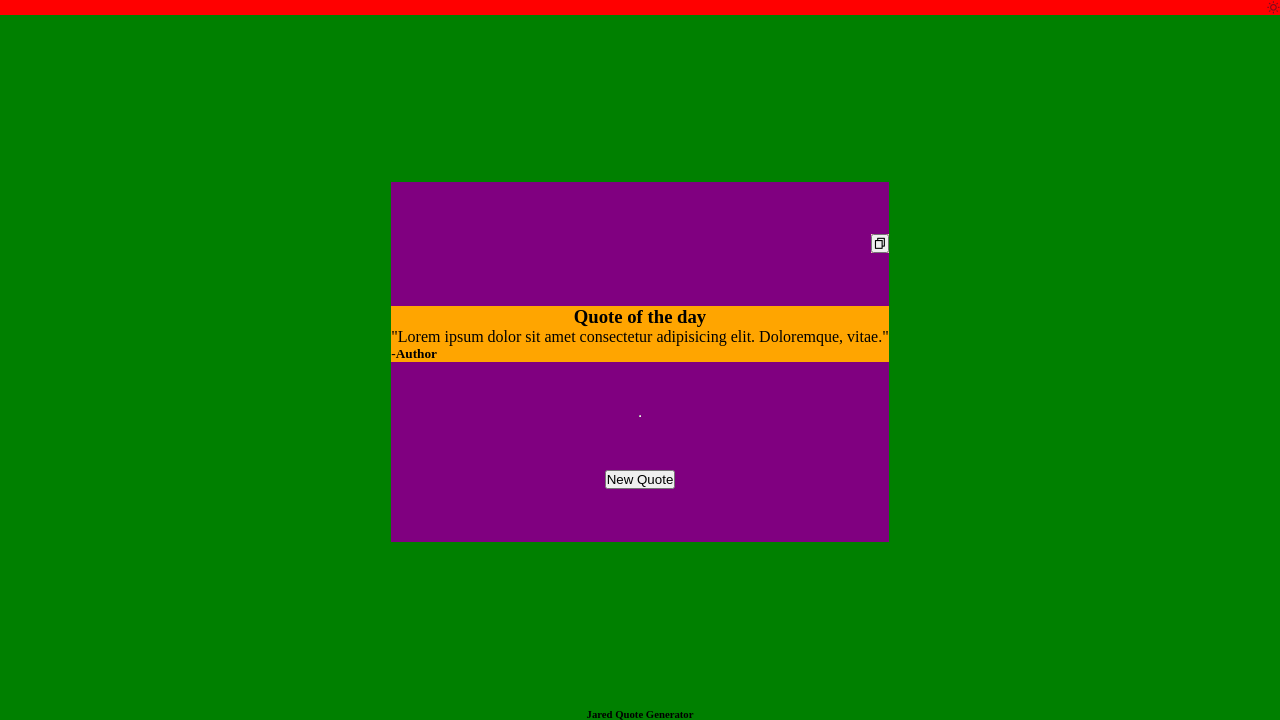
Repository: EguJaredoBoyd/Jared-Quote-Generator
Page: html/main.html
These files come from the project's save history. The page is drawn as it stood at one moment and after the next save; the edit follows.
The browser window is 1280 px wide. The pictures show the whole page.
Some web libraries are served in a nearby version.

Above is the page before, as saved 2026-01-09 00:52:14.

### html/main.html
<!DOCTYPE html>
<html lang="en">
  <head>
    <meta charset="UTF-8" />
    <meta name="viewport" content="width=device-width, initial-scale=1.0" />
    <link rel="stylesheet" href="../css/style.css" />
    <script src="../js/main.js" defer></script>
    <link
      href="https://cdn.jsdelivr.net/npm/remixicon@4.8.0/fonts/remixicon.css"
      rel="stylesheet"
    />
    <title>Document</title>
  </head>
  <body>
    <div class="container">
      <header>
        <button><i class="ri-sun-line"></i></button>
      </header>
      <main>
        <div class="quote-container">
          <div class="quote-container__copy">
            <button><i class="ri-file-copy-line"></i></button>
          </div>
          <div class="quote-container__quotes">
            <h3>Quote of the day</h3>
            <p>
              "Lorem ipsum dolor sit amet consectetur adipisicing elit.
              Doloremque, vitae."
            </p>
            <div>
              <h5>-Author</h5>
            </div>
          </div>
          <hr />
          <div>
            <button>New Quote</button>
          </div>
        </div>
      </main>
      <footer>
        <div>
          <h6>Jared Quote Generator</h6>
        </div>
      </footer>
    </div>
  </body>
</html>

### css/style.css
* {
  margin: 0;
  padding: 0;
  box-sizing: border-box;
}

:root {
  --background-color: #7b0d1e;
  --card-color: #f8e5ee;
  --text-color: black;
  --button-color: var(--background-color);
}

html {
  font-size: 16px;
}

.lighter-theme {
  --background-color: var(--card-color);
  --card-color: var(--background-color);
  --text-color: var(--text-color);
  --button-color: var(--button-color);
}

.container {
  background-color: green;
  height: 100vh;
  display: flex;
  flex-direction: column;
  justify-content: space-between;
  align-items: center;
}

header {
  display: flex;
  justify-content: flex-end;
  background-color: red;
  width: 100%;
}

header button {
  border: none;
  background: none;
  color: var(--button-color);
}

.quote-container {
  background-color: purple;
  display: flex;
  flex-direction: column;
  justify-content: space-evenly;
  align-items: center;
  height: 50vh;
  width: auto;
}

.quote-container__copy {
  align-self: self-end;
  background-color: pink;
}

.quote-container__quotes {
  background-color: orange;
}

.quote-container__quotes h3 {
  text-align: center;
}

.quote-container__quotes p {
  text-justify: center;
}

Loaded but not shown: js/main.js (no copy from this time; the picture is the same without it)

After the next save:
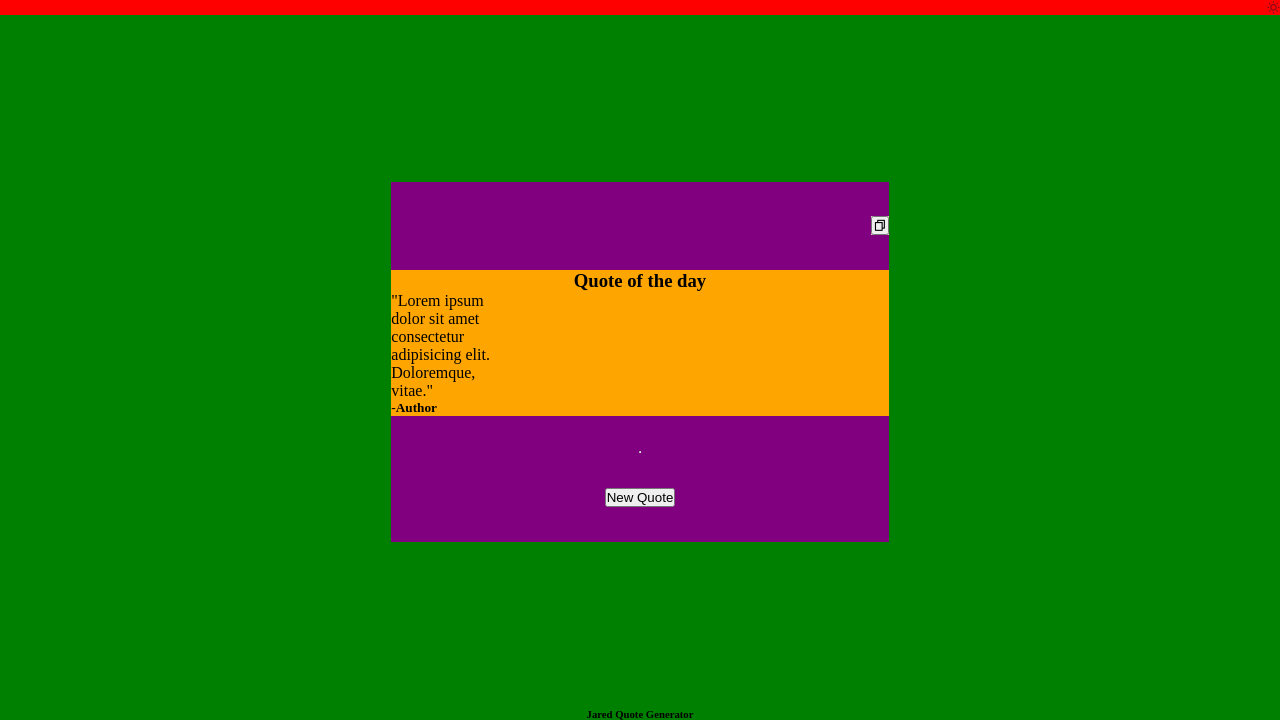
Saved 17 s later.
--- a/css/style.css
+++ b/css/style.css
@@ -68,5 +68,6 @@ header button {
 }
 
 .quote-container__quotes p {
+  max-width: 20%;
   text-justify: center;
 }
